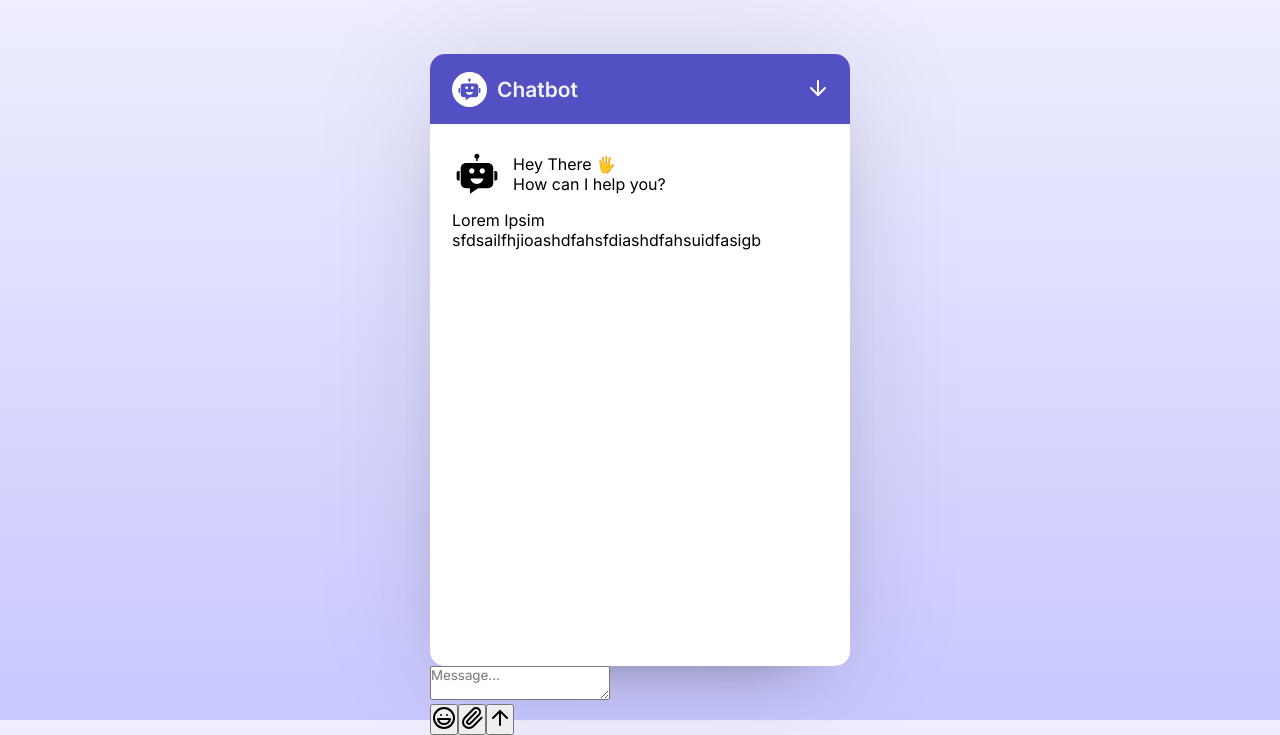
Repository: guilhermecardoso93/ai-bot
Page: /
The author's editor kept a copy of each file at every save. The page is drawn from the files as they stood at one save, then again after the next save.
The browser window is 1280 px wide. The pictures show the whole page.
The project was rebuilt for these pictures with package versions that can differ from the ones it lists, and the page was loaded fresh each time. Also part of the build but not shown: vite.config.js.

Above is the page before, as saved 2024-11-11 20:56:01.

After the next save:
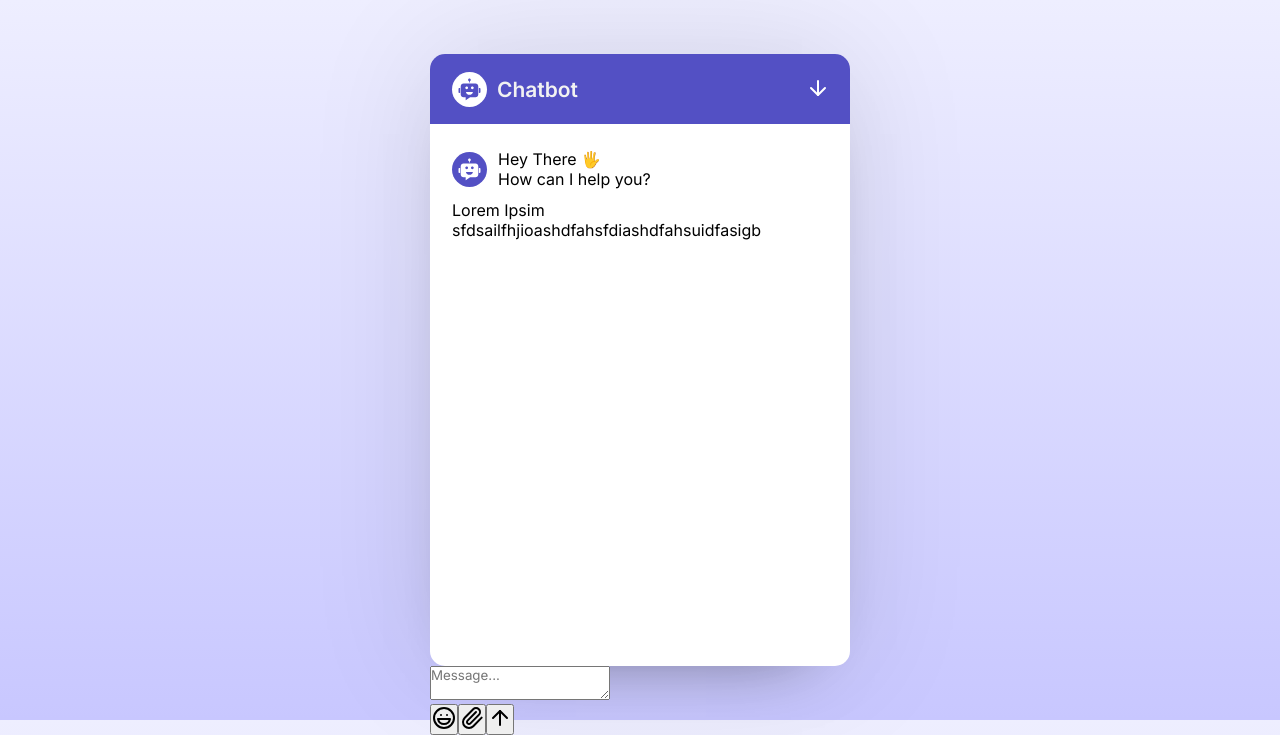
Saved 12 s later.
--- a/src/components/Main.jsx
+++ b/src/components/Main.jsx
@@ -32,7 +32,7 @@ export function Main() {
               width="50"
               height="50"
               viewBox="0 0 1024 1024"
-              className="logo-bot"
+              className="bot-avatar"
             >
               <path d="M738.3 287.6H285.7c-59 0-106.8 47.8-106.8 106.8v303.1c0 59 47.8 106.8 106.8 106.8h81.5v111.1c0 .7.8 1.1 1.4.7l166.9-110.6 41.8-.8h117.4l43.6-.4c59 0 106.8-47.8 106.8-106.8V394.5c0-59-47.8-106.9-106.8-106.9zM351.7 448.2c0-29.5 23.9-53.5 53.5-53.5s53.5 23.9 53.5 53.5-23.9 53.5-53.5 53.5-53.5-23.9-53.5-53.5zm157.9 267.1c-67.8 0-123.8-47.5-132.3-109h264.6c-8.6 61.5-64.5 109-132.3 109zm110-213.7c-29.5 0-53.5-23.9-53.5-53.5s23.9-53.5 53.5-53.5 53.5 23.9 53.5 53.5-23.9 53.5-53.5 53.5zM867.2 644.5V453.1h26.5c19.4 0 35.1 15.7 35.1 35.1v121.1c0 19.4-15.7 35.1-35.1 35.1h-26.5zM95.2 609.4V488.2c0-19.4 15.7-35.1 35.1-35.1h26.5v191.3h-26.5c-19.4 0-35.1-15.7-35.1-35.1zM561.5 149.6c0 23.4-15.6 43.3-36.9 49.7v44.9h-30v-44.9c-21.4-6.5-36.9-26.3-36.9-49.7 0-28.6 23.3-51.9 51.9-51.9s51.9 23.3 51.9 51.9z"></path>
             </svg>
